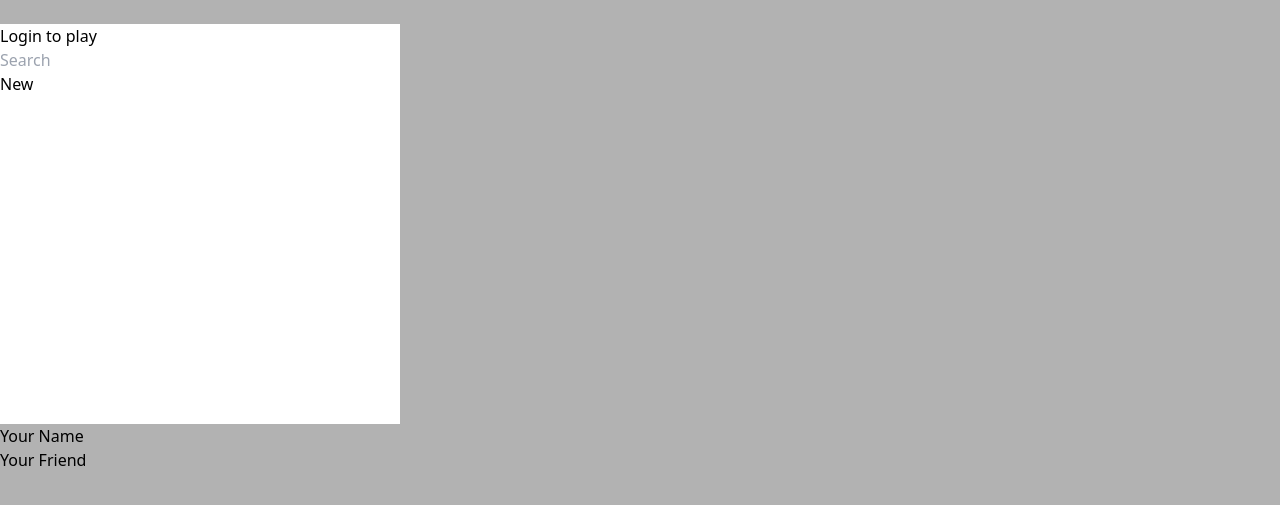
Repository: Teddy1705/demo_pj
Page: /
The author's editor kept a copy of each file at every save. The page is drawn from the files as they stood at one save, then again after the next save.
The browser window is 1280 px wide. The pictures show the whole page.
The project was rebuilt for these pictures with package versions that can differ from the ones it lists, and the page was loaded fresh each time. Also part of the build but not shown: vite.config.js.

Above is the page before, as saved 2024-04-16 09:09:15.

After the next save:
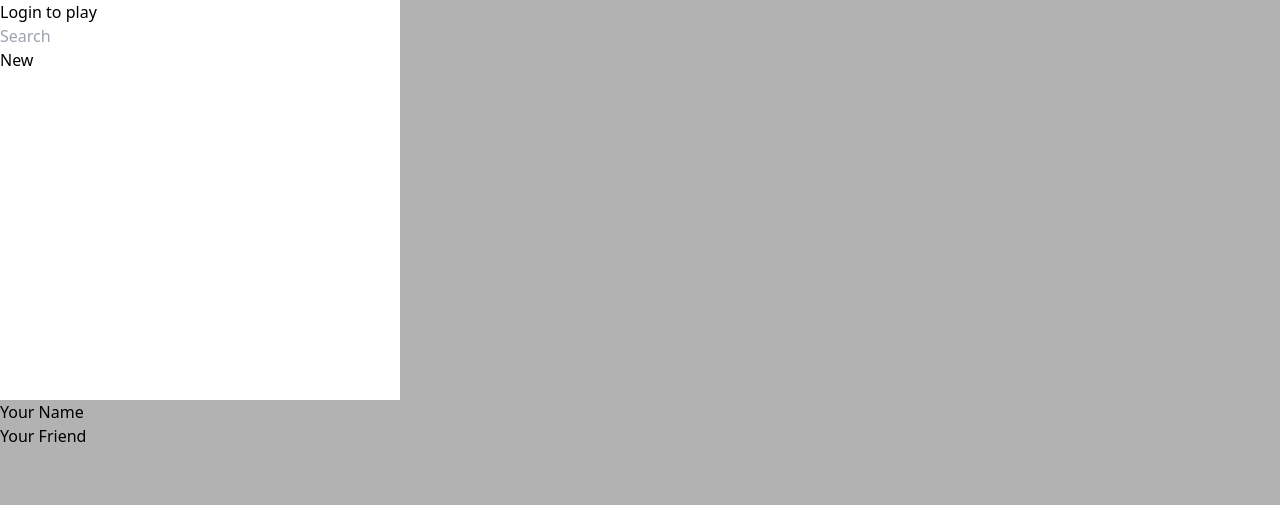
Saved 8 s later.
--- a/src/index.css
+++ b/src/index.css
@@ -578,8 +578,7 @@ video {
 #modal .modal__body {
   position: relative;
   background-color: var(--white-color);
-  margin-top: 24px;
-
+  margin-top: 0;
   width: 400px;
   height: 400px;
 }
